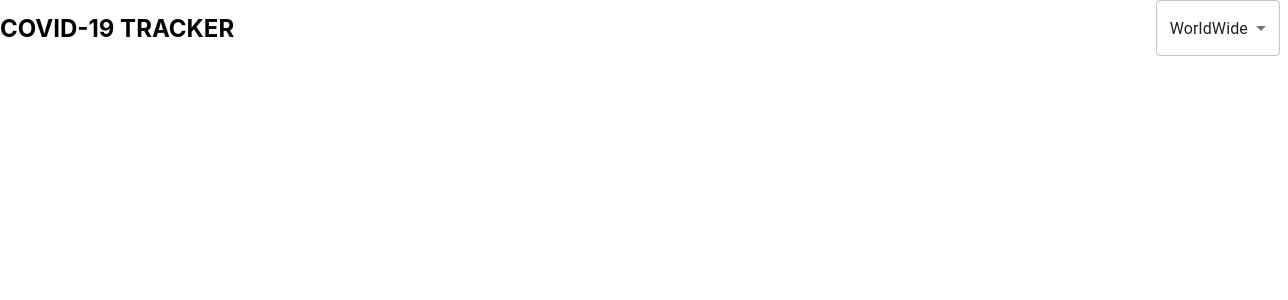
Repository: exiled-kal/2OnProcess
Page: /
An editor plug-in stored every save of this project. The page is shown before and after a run of saves, followed by the edit.
The browser window is 1280 px wide. The page is 1288 px wide, so the pictures cover 1288 px, including what lies to the right of the window. The pictures show the whole page.
The page's requests for data from a server got no answer. The project was rebuilt for these pictures with package versions that can differ from the ones it lists, and the page was loaded fresh each time. No one was signed in, and anything a server would have sent is missing.

Above is the page before, as saved 2020-08-17 15:40:26.

After the next 3 saves:
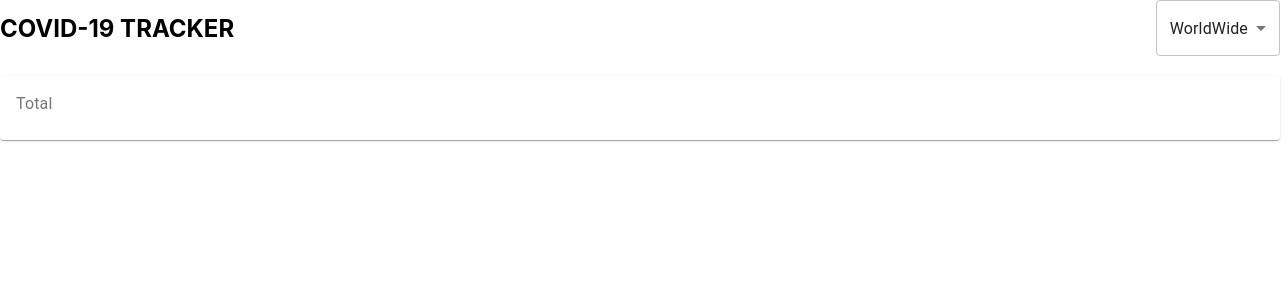
The 3 saves are shown as one change because 1 did not build or start and some came seconds apart.
The last was saved 15 s later.
--- a/src/App.js
+++ b/src/App.js
@@ -1,6 +1,7 @@
 import React, {useState, useEffect} from 'react';
 import './App.css';
 import {FormControl, Select, MenuItem} from '@material-ui/core';
+import InfoBox from './InfoBox';
 
 function App() {
   const [countries, setCountries] = useState([]);
@@ -44,7 +45,7 @@ function App() {
       </div>
 
       <div className="app__stats">
-
+      <InfoBox />
         {/* Infoboxs title="Coronavirus cases"*/}
         {/* Infoboxs title="Coronavirus recoveries"*/}
       </div>
